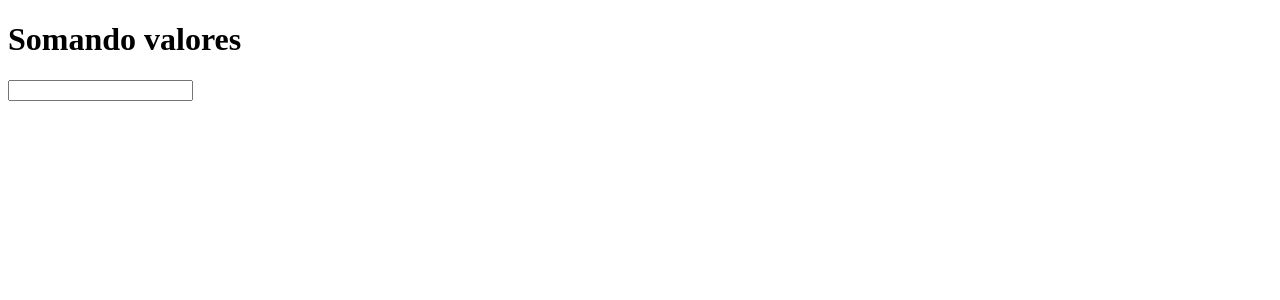
Repository: Iamjordana/Curso-JavaScript
Page: ex007/index.html
These files come from the project's save history. The page is drawn as it stood at one moment and after a run of saves; the edit follows.
The browser window is 1280 px wide. The pictures show the whole page.

Above is the page before, as saved 2025-02-17 13:27:41.

### ex007/index.html
<!DOCTYPE html>
<html lang="pt-br">
<head>
    <meta charset="UTF-8">
    <meta name="viewport" content="width=device-width, initial-scale=1.0">
    <title>Somando Números</title>
</head>
<body>
    <h1>Somando valores</h1>
    <input type="number" name="txtn1" id="txtn1">
    </body>
</html>

After the next 3 saves:
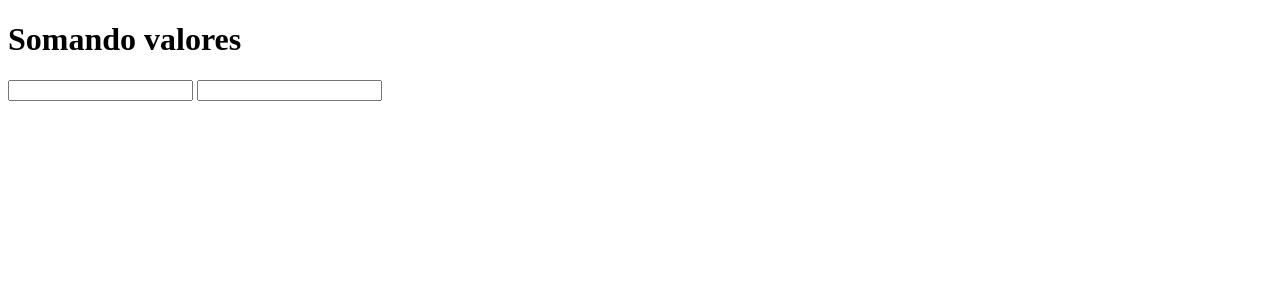
The 3 saves are shown as one change because they came seconds apart.
The last was saved 8 s later.
--- a/ex007/index.html
+++ b/ex007/index.html
@@ -8,5 +8,6 @@
 <body>
     <h1>Somando valores</h1>
     <input type="number" name="txtn1" id="txtn1">
-    </body>
+    <input type="number" name="txtn2" id="txtn2">
+</body>
 </html>
